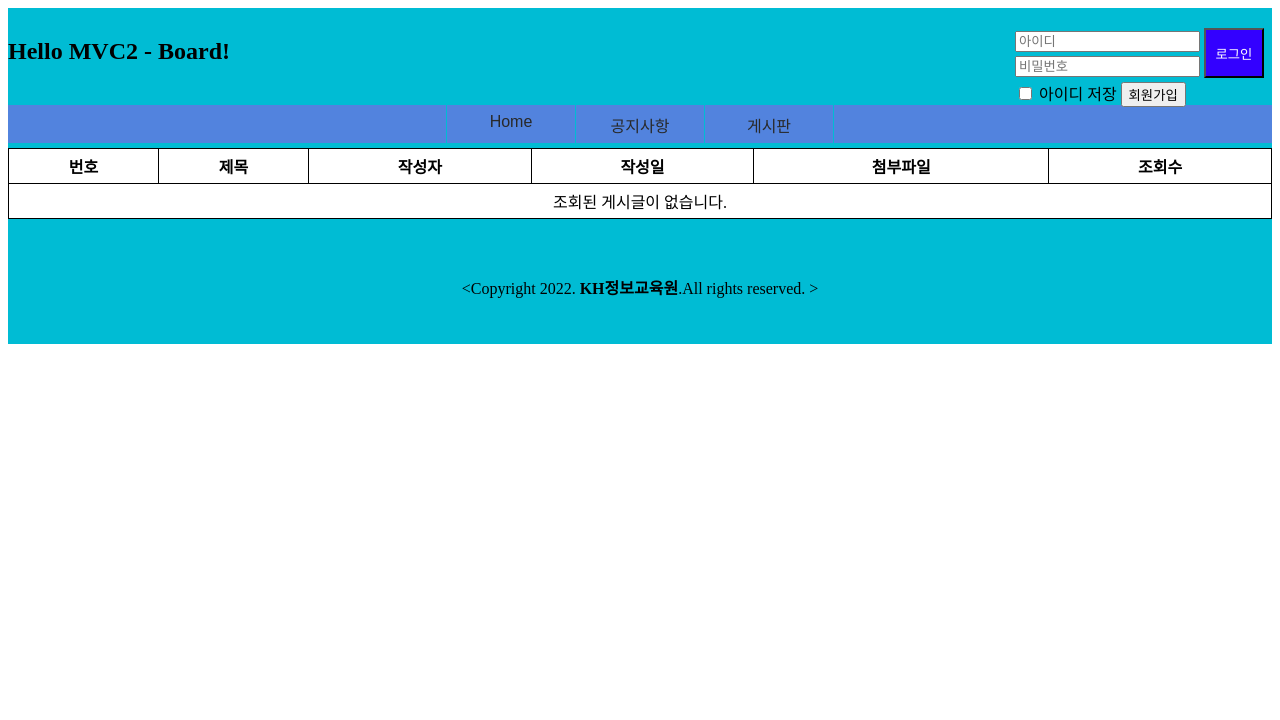
Repository: pcc767/khSchool
Page: http://localhost/06_HelloMVC2/board/list
These files come from the project's save history. The page is drawn as it stood at one moment and after the next save; the edit follows.
The browser window is 1280 px wide. The pictures show the whole page.
The page is served by Tomcat 9. Queries for data that is not in the repository find no rows.

Above is the page before, as saved 2022-07-20 07:13:57.

After the next save:
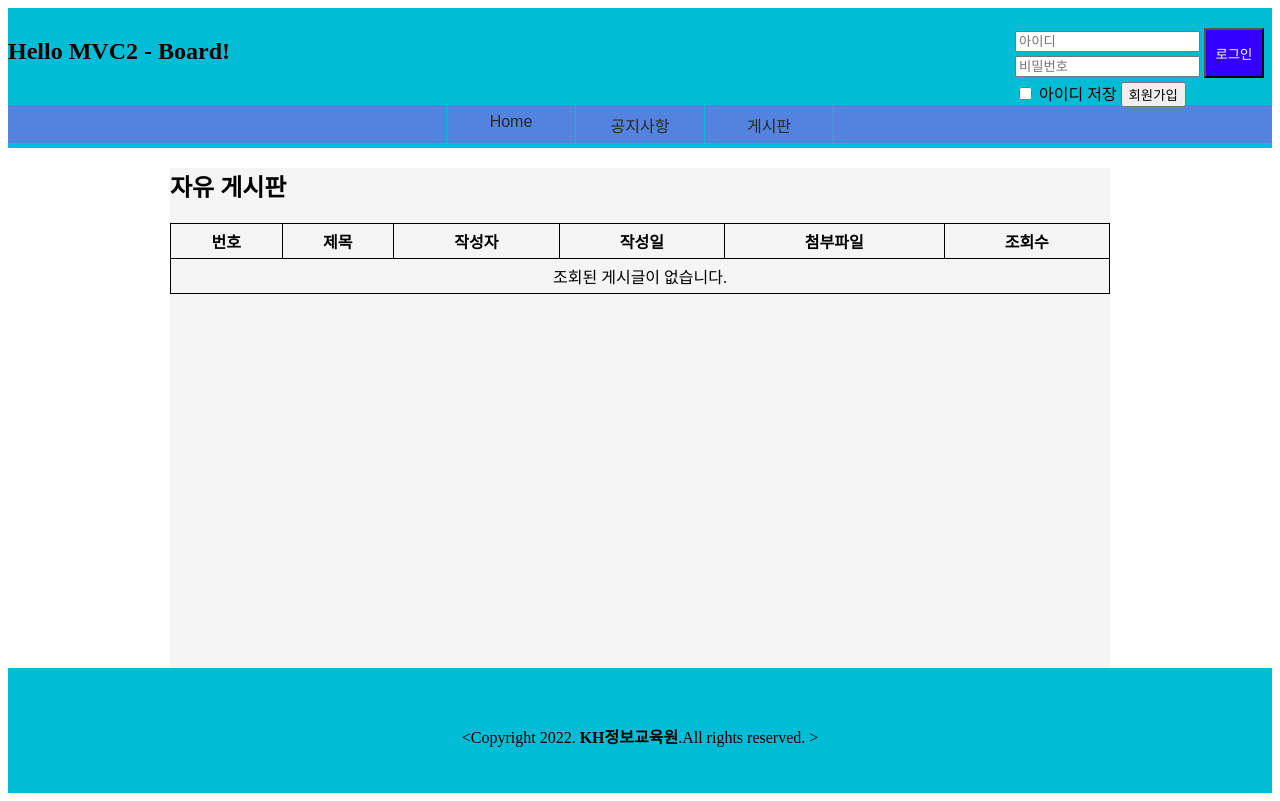
Saved 73 s later.
--- a/dev-source_Servlet/06_HelloMVC2/src/main/webapp/views/board/list.jsp
+++ b/dev-source_Servlet/06_HelloMVC2/src/main/webapp/views/board/list.jsp
@@ -29,7 +29,8 @@
     .sch_smit:hover{background: #007daa;}
 </style>
 
-
+<section id="content">
+	<h2>자유 게시판</h2>
 	<table id="tbl-board">
 		<tr>
 			<th>번호</th>
@@ -70,6 +71,10 @@
 		<%} %>
 	</table>
 
+</section>
+
+
+
 
 
 <%@ include file="/views/common/footer.jsp" %>
